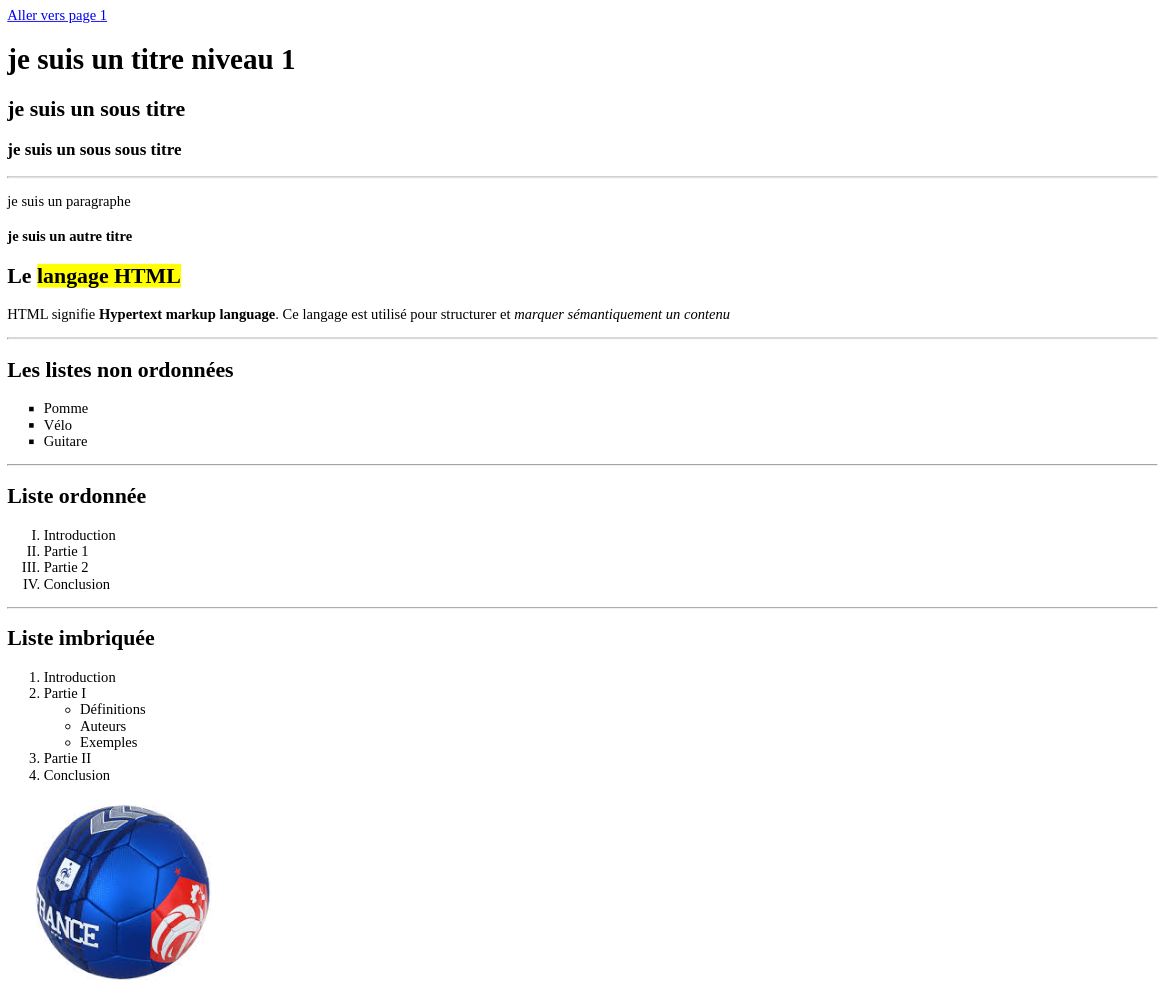
Repository: serviceshuios/Git-Aix-Web
Page: bases-html/WebContent/index.html
An editor plug-in stored every save of this project. The page is shown before and after the next save, followed by the edit.
The browser window is 1280 px wide. The pictures show the whole page, at 91% of full size.

Above is the page before, as saved 2018-10-22 10:54:07.

After the next save:
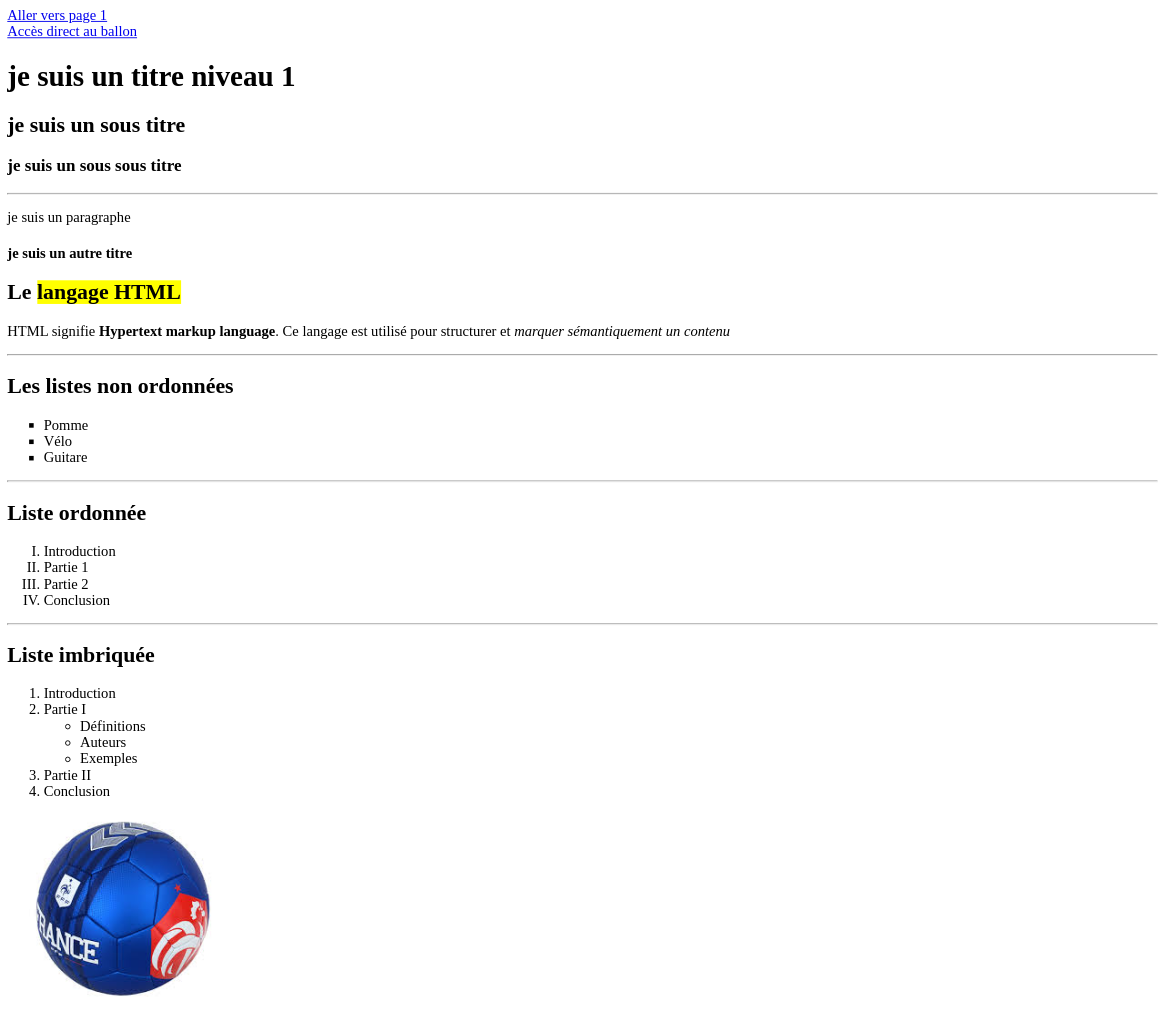
Saved 6 min 36 s later.
--- a/bases-html/WebContent/index.html
+++ b/bases-html/WebContent/index.html
@@ -6,6 +6,8 @@
 	</head>
 	<body>
 		<a href="page1.html">Aller vers page 1</a>
+		<br/>
+		<a href="#ancre1">Accès direct au ballon</a>
 		<!-- je suis un commentaire -->
 		<h1>je suis un titre niveau 1</h1>
 		<h2>je suis un sous titre</h2>
@@ -53,7 +55,7 @@
 			<li>Conclusion</li>
 		</ol>
 		<!-- ajout d'une image -->
-		<img src="img/ballon.jpg" alt="affichage impossible"/>
+		<img id="ancre1" src="img/ballon.jpg" alt="affichage impossible"/>
 	</body>
 
 </html>
